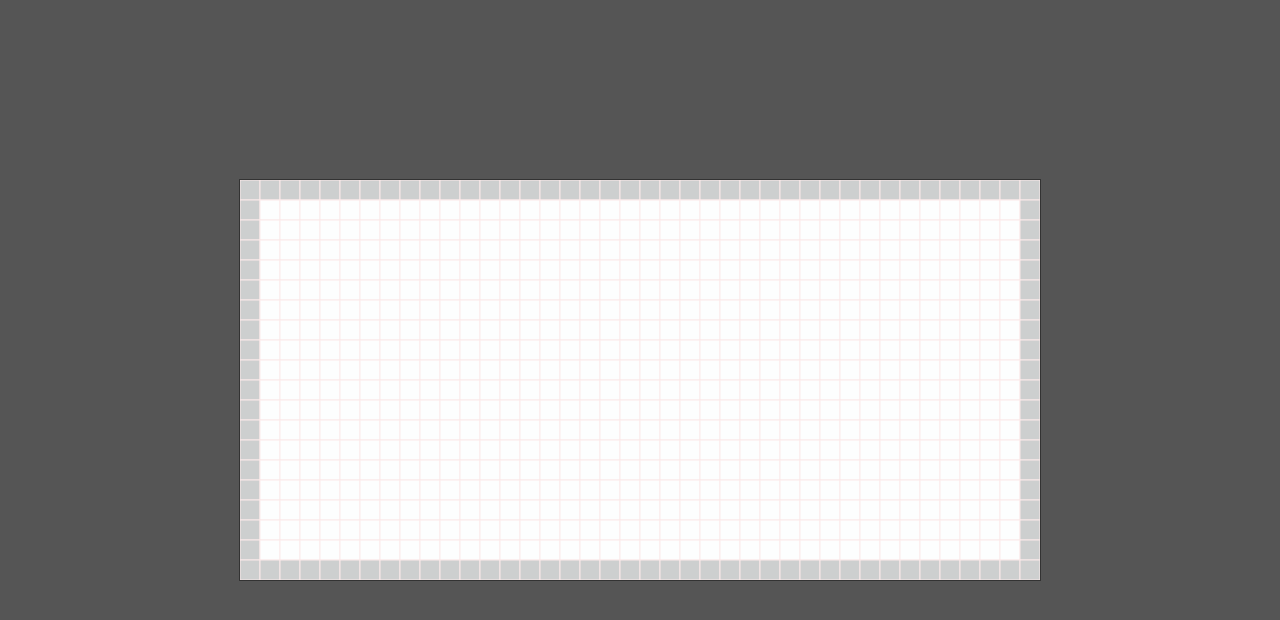
Repository: newstar456/Snake-Game
Page: /
These files come from the project's save history. The page is drawn as it stood at one moment and after the next save; the edit follows.
The browser window is 1280 px wide. The pictures show the whole page.
The project was rebuilt for these pictures with package versions that can differ from the ones it lists, and the page was loaded fresh each time. The framework's server and built-in components were replaced by stand-ins that run in the browser. Also part of the build but not shown: next.config.ts.

Above is the page before, as saved 2025-06-07 12:56:41.

After the next save:
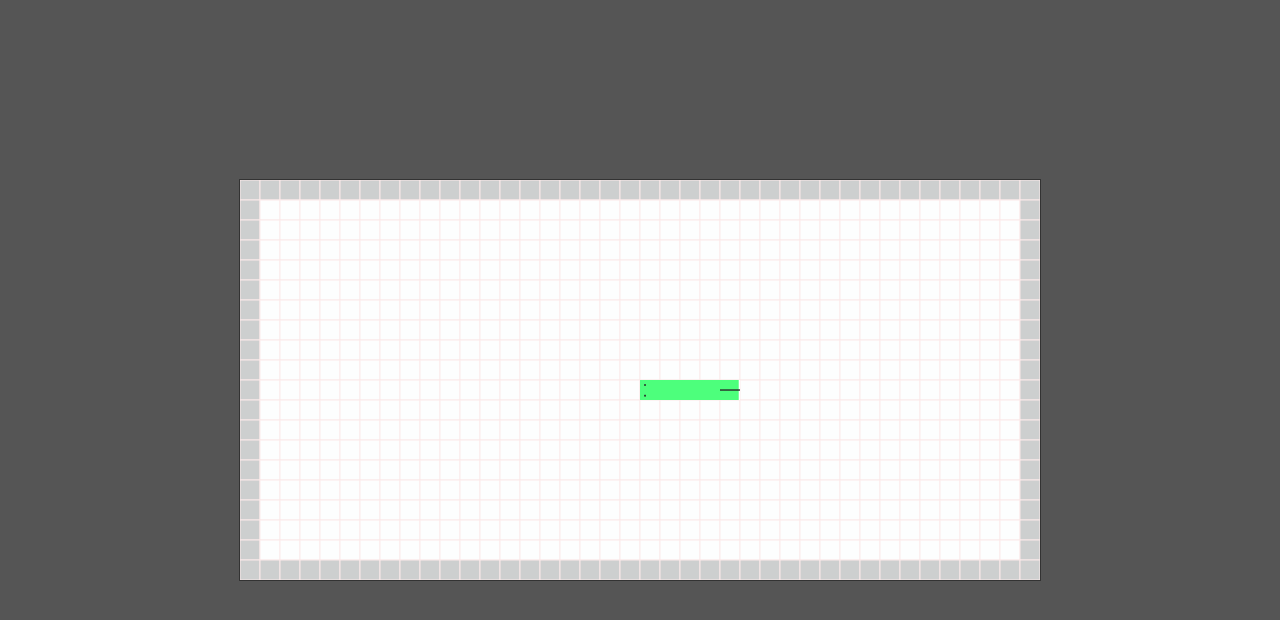
Saved 7 s later.
--- a/src/lib/SnakeSegment.ts
+++ b/src/lib/SnakeSegment.ts
@@ -24,6 +24,7 @@ export default class SnakeSegment {
   async draw(ctx: CanvasRenderingContext2D, size: number) {
     const src = await this.getImageSrc();
     const img = await preloadImage(src);
+    ctx.drawImage(img, this.x * size, this.y * size, size, size);
 
     // img.onload = () => {
     //   ctx.drawImage(img, this.x * size, this.y * size, size, size);
